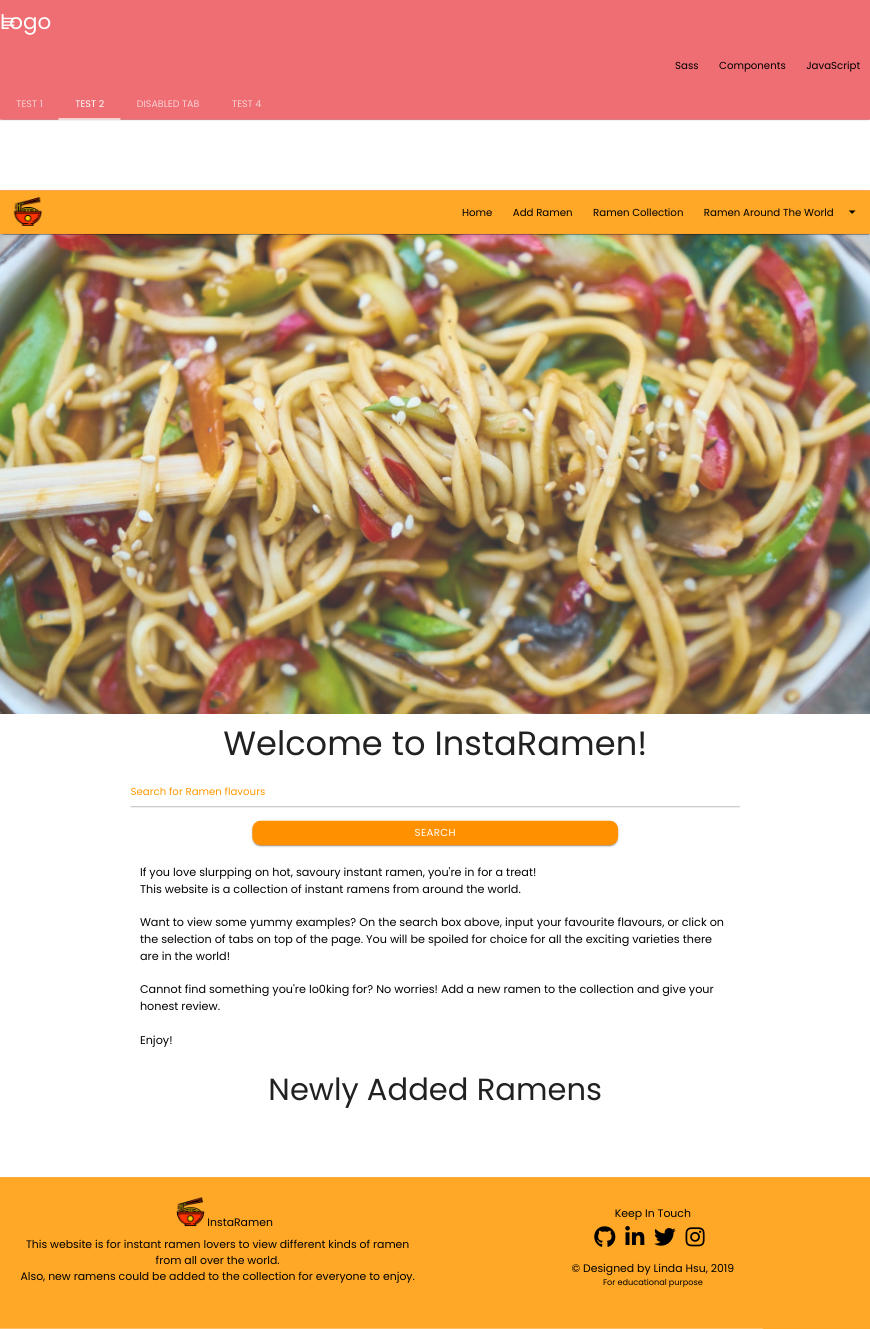
Repository: Paddlepop25/codeinstitute-insta-ramen
Page: http://localhost/
The author's editor kept a record of every edit. The page is drawn from the files as they stood at one moment, then again after the next edit.
The browser window is 1280 px wide. The pictures show the whole page, at 68% of full size.
Some web libraries are served in a nearby version. The page is served by the project's application, run on Flask 3 (app.py). Queries for data that is not in the repository find no rows.

Above is the page before.

### templates/index.html
{% extends 'base.html' %} {% block content %}

<div class="container-fluid">
  <div class="container-fluid">
    <div class="noodle_img_index">
      <img src="/static/images/noodle_index.jpeg" alt="delicious noodle ramen seseme seeds colorful" />
    </div>
  </div>

  <div class="container">
    <div class="row welcome-page">
      <div class="col s12">
        <div class="row">
          <h1>Welcome to InstaRamen!</h1>
        </div>
        <div class="row search-section">
          <form class="col s12" action="{{ url_for('search_ramen') }}">
            <div class="row">
              <div class="input-field col s12">
                <input id="search" name="query" type="text" class="validate" required>
                <label for="search">Search for Ramen flavours</label>
                <div class="search-button">
                  <button class="btn waves-effect waves-light orange accent-3" type="submit" name="action">Search</button>
                </div>
              </div>
            </div>
          </form>
        </div>
      </div>
    </div>
    <div class="row welcome-message">
      <p>If you love slurpping on hot, savoury instant ramen, you're in for a treat!
        <br> This website is a collection of instant ramens from around the world.
        <br>
        <br> Want to view some yummy examples? On the search box above, input your favourite flavours, or click on the selection of tabs on top of the page. You will be spoiled for choice for all the exciting varieties there are in the world!
        <br>
        <br> Cannot find something you're lo0king for? No worries! Add a new ramen to the collection and give your honest review.
        <br>
        <br> Enjoy!
      </p>
    </div>
  </div>

  <div class="container index-page-card">
    <h4>Newly Added Ramens</h4>
    <div class="row">
      {% for three_ramen in latest_three %}
      <div class="col s12 m4 l4">
        <div class="card">
          <div class="card-image">
            <img src="{{url_for('file', filename=three_ramen['imageURL'])}}">
          </div>
          <div class="card-content">
            <p>Brand: {{three_ramen.brand|title}}</p>
            <br>
            <p>Flavour:
              <br> {{three_ramen.flavour|title}}
            </p>
          </div>
          <div class="row">
            <a href="{{url_for('display_ramen', ramen_id=three_ramen._id)}}" class="waves-effect waves-light btn orange">More</a>
          </div>
        </div>
      </div>
      {% endfor %}
    </div>
  </div>
</div>

{% endblock %}

### templates/base.html
<!DOCTYPE html>
<html>

<head>
  <link href="https://fonts.googleapis.com/icon?family=Material+Icons" rel="stylesheet">
  <link rel="stylesheet" href="https://cdnjs.cloudflare.com/ajax/libs/materialize/0.100.2/css/materialize.min.css">
  <link rel="stylesheet" href="https://use.fontawesome.com/releases/v5.8.1/css/all.css" integrity="sha384-50oBUHEmvpQ+1lW4y57PTFmhCaXp0ML5d60M1M7uH2+nqUivzIebhndOJK28anvf" crossorigin="anonymous" />
  <link href="https://fonts.googleapis.com/css?family=Montserrat|Poppins|Roboto&display=swap" rel="stylesheet">
  <link rel="icon" href="{{ url_for('static', filename='images/favicon.ico') }}" type="image/x-icon" />
  <link rel="stylesheet" href="/static/styles/styles.css" type="text/css" />

  <!-- Meta Data -->
  <meta charset="UTF-8">
  <meta name="viewport" content="width=device-width, initial-scale=1, shrink-to-fit=no">
  <meta http-equiv="X-UA-Compatible" content="ie=edge">
  <meta name="description" content="Insta Ramen">
  <meta name="keywords" content="Noodles, Ramen, Instant, Cup, Bowl, Packet">
  <meta name="author" content="Linda Hsu">

  <title>InstaRamen - {{ title }} </title>
</head>

<body>
  <header>


      <nav class="nav-extended">
    <div class="nav-wrapper">
      <a href="#" class="brand-logo">Logo</a>
      <a href="#" data-target="mobile-demo" class="sidenav-trigger"><i class="material-icons">menu</i></a>
      <ul id="nav-mobile" class="right hide-on-med-and-down">
        <li><a href="sass.html">Sass</a></li>
        <li><a href="badges.html">Components</a></li>
        <li><a href="collapsible.html">JavaScript</a></li>
      </ul>
    </div>
    <div class="nav-content">
      <ul class="tabs tabs-transparent">
        <li class="tab"><a href="#test1">Test 1</a></li>
        <li class="tab"><a class="active" href="#test2">Test 2</a></li>
        <li class="tab disabled"><a href="#test3">Disabled Tab</a></li>
        <li class="tab"><a href="#test4">Test 4</a></li>
      </ul>
    </div>
  </nav>

  <ul class="sidenav" id="mobile-demo">
    <li><a href="sass.html">Sass</a></li>
    <li><a href="badges.html">Components</a></li>
    <li><a href="collapsible.html">JavaScript</a></li>
  </ul>



    <div class="navbar-fixed">
    <nav>
      <div class="nav-wrapper orange lighten-1">
        <a href="{{url_for('index')}}" class="brand-logo"><img class="ramen_logo" src="{{ url_for('static', filename='images/noodle_icon.png') }}" alt="Ramen noodles with chopsticks logo"/></a>
      <a href="#" data-activates="mobile-demo" class="button-collapse"><i class="material-icons">menu</i></a>
        <ul class="right hide-on-med-and-down">
          <li><a href="{{url_for('index')}}">Home</a></li>
          <li><a href="{{url_for('add_ramen')}}">Add Ramen</a></li>
          <li><a href="{{url_for('get_ramen')}}">Ramen Collection</a></li>
          <li><a class="dropdown-button" href="#!" data-activates="dropdown1">Ramen Around The World<i class="material-icons right">arrow_drop_down</i></a>
            <ul id="dropdown1" class="dropdown-content">
              <li><a href="{{ url_for('ramen_asia') }}">Asia</a></li>
              <li><a href="{{ url_for('ramen_americas') }}">The Americas</a></li>
              <li><a href="{{ url_for('ramen_europe') }}">Europe</a></li>
              <li><a href="{{ url_for('ramen_rest_world') }}">Rest Of The World</a></li>
            </ul>
          </li>
        </ul>
        <ul class="side-nav" id="mobile-demo">
          <li><a href="{{url_for('index')}}">Home</a></li>
          <li><a href="{{url_for('add_ramen')}}">Add Ramen</a></li>
          <li><a href="{{url_for('get_ramen')}}">Ramen Collection</a></li>
          <li><a href="{{ url_for('ramen_asia') }}">Ramen from Asia</a></li>
          <li><a href="{{ url_for('ramen_americas') }}">Ramen from The Americas</a></li>
          <li><a href="{{ url_for('ramen_europe') }}">Ramen from Europe</a></li>
          <li><a href="{{ url_for('ramen_rest_world') }}">Ramen from Rest Of The World</a></li>
        </ul>
      </div>
    </nav>
    </div>
  </header>

  {% block content %} {% endblock %}
    <div class="container-fluid">
  <footer class="page-footer orange lighten-1">
      <div class="row">
        <div class="col s12 m6 footer-logo">
          <div class="website-info">
            <a href="{{url_for('index')}}" class="brand-logo"><img class="ramen_logo" src="{{ url_for('static', filename='images/noodle_icon.png') }}" alt="Ramen noodles with chopsticks logo"/></a>
            <a href="{{url_for('index')}}">InstaRamen</a>
          </div>
          <p>This website is for instant ramen lovers to view different kinds of ramen from all over the world.
          <br>
          Also, new ramens could be added to the collection for everyone to enjoy.</p>
        </div>

        <div class="col s12 m6 footer-social">
          <p>Keep In Touch</p>
          <span><a href="https://github.com/Paddlepop25" target="_blank"><i class="fab fa-github fa-2x"></i></a></span>
          <span><a href="https://www.linkedin.com/in/lindahsu007/" target="_blank"><i class="fab fa-linkedin-in fa-2x"></i></a></span>
          <span><a href="https://twitter.com/shecodeshsucode" target="_blank"><i class="fab fa-twitter fa-2x"></i></a></span>
          <span><a href="https://www.instagram.com/shecodeshsucodes/" target="_blank"><i class="fab fa-instagram fa-2x"></i></a></span>
          <p class="design">&copy; Designed by Linda Hsu, 2019</p>
          <small>For educational purpose</small>
        </div>
      </div>
  </footer>
    </div>

  <script src="https://cdnjs.cloudflare.com/ajax/libs/jquery/3.2.1/jquery.min.js"></script>
  <script src="https://cdnjs.cloudflare.com/ajax/libs/materialize/0.100.2/js/materialize.min.js"></script>
  <!--<script type="text/javascript" src="./static/scripts/app.js"></script>-->
  <script type="text/javascript">
    $(document).ready(function() {
      $(".button-collapse").sideNav();
      $('select').material_select();
      $(".dropdown-button").dropdown();
    });
  </script>
</body>

</html>

### app.py
import os
from flask import Flask, render_template, redirect, request, url_for
from flask_pymongo import PyMongo, ASCENDING, DESCENDING
from bson.objectid import ObjectId
import re
import math
from werkzeug.utils import secure_filename

app = Flask(__name__)
app.config['UPLOAD_FOLDER'] = '/home/ubuntu/environment/uploads'
app.config['MONGO_DBNAME'] = 'ramen_database'
app.config["MONGO_URI"] = os.environ.get("MONGO_URI")

mongo = PyMongo(app)

@app.route('/')
def index():
    latest_three=mongo.db.ramens.find().sort([("_id", DESCENDING)]).limit(3)
    return render_template('index.html', title="Home", latest_three=latest_three)

@app.route('/display_ramen/<ramen_id>', methods=['GET'])
def display_ramen(ramen_id):
    ramen = mongo.db.ramens.find_one({"_id": ObjectId(ramen_id)})
    return render_template('display_ramen.html', title="Display Ramen", ramen=ramen)

@app.route('/get_ramen')
def get_ramen():
    ramens=mongo.db.ramens.find().sort([("_id", DESCENDING)])
    return render_template('ramen_collection.html', title="Ramen Collection", ramens=ramens)

@app.route('/ramen_asia')
def ramen_asia():
    ramens=mongo.db.ramens.find({'continent': 'Asia'})
    return render_template('ramen_asia.html', title="Ramen from The Asia", ramens=ramens)

@app.route('/ramen_europe')
def ramen_europe():
    ramens=mongo.db.ramens.find({'continent': 'Europe'})
    return render_template('ramen_europe.html', title="Ramen from The Europe", ramens=ramens)

@app.route('/ramen_americas')
def ramen_americas():
    ramens=mongo.db.ramens.find({'continent': 'The Americas'})
    return render_template('ramen_americas.html', title="Ramen from The Americas", ramens=ramens)

@app.route('/ramen_rest_world')
def ramen_rest_world():
    ramens=mongo.db.ramens.find({'continent': 'The Rest'})
    return render_template('ramen_rest_world.html', title="Ramen from the Rest Of The World", ramens=ramens)

# @app.route('/ramen_world')
# def ramen_world():
#     ramens=mongo.db.ramens.find(
#         {'$or':
#             [{'continent': 'Asia'},{'continent': "Europe"},{'continent': "The Americas"},{'continent': "The Rest"}]
#         }
#         )
#     return render_template('ramen_world.html', title="Rest Of The World", ramens=ramens)

@app.route('/search_ramen')
def search_ramen():
    orig_query = request.args['query']
    query = {'$regex': re.compile('.*{}.*'.format(orig_query)), '$options': 'i'}
    print(query)
    results=mongo.db.ramens.find({'flavour': query})

    ramen = []
    for result in results:
        ramen.append(result)

    return render_template('ramen_search.html', title="Search Results", query=orig_query, ramen_search=ramen)

@app.route('/add_ramen')
def add_ramen():
    brands = mongo.db.brands.find().sort([("brand", ASCENDING)])
    countries=mongo.db.countries.find().sort([("country", ASCENDING)])
    return render_template('add_ramen.html', title="Add a Ramen", countries=countries, brands=brands)

@app.route('/insert_ramen', methods=['POST'])
def insert_ramen():
    ramens = mongo.db.ramens
    if "ramen_image" in request.files:
        ramen_image = request.files['ramen_image']
        mongo.save_file(ramen_image.filename, ramen_image)

    new_ramen = {
        'brand': request.form.get('brand'),
        'flavour':request.form.get('flavour'),
        'style': request.form.get('style'),
        'country':request.form.get('country'),
        'continent':request.form.get('continent'),
        'stars':int(request.form.get('stars')),
        'reviews':request.form.get('reviews'),
        'imageURL': ramen_image.filename
    }
    ramens.insert_one(new_ramen)
    return redirect(url_for('get_ramen'))

@app.route('/file/<filename>')
def file(filename):
    return mongo.send_file(filename)

@app.route('/edit_ramen/<ramen_id>', methods=['GET'])
def edit_ramen(ramen_id):
    ramen = mongo.db.ramens.find_one({"_id": ObjectId(ramen_id)})
    brands = mongo.db.brands.find().sort([("brand", ASCENDING)])
    countries = mongo.db.countries.find().sort([("country", ASCENDING)])
    return render_template('edit_ramen.html', title="Edit Ramen", ramen=ramen, brands=brands, countries=countries)

@app.route('/update_ramen/<ramen_id>', methods=["POST"])
def update_ramen(ramen_id):
    ramen = mongo.db.ramens.find_one({"_id": ObjectId(ramen_id)})

    # try code
    brand = request.form.get('brand')
    flavour = request.form.get('flavour')
    style = request.form.get('style')
    country = request.form.get('country')
    stars = int(request.form.get('stars'))
    reviews = request.form.get('reviews')
    # end of try code

    if "ramen_image" in request.files and request.files['ramen_image'].filename != "":
        ramen_image = request.files['ramen_image']
        image_filename = ramen_image.filename
        mongo.save_file(ramen_image.filename, ramen_image)
    else:
        image_filename = ramen['imageURL']

    ramen.update( {'_id': ObjectId(ramen_id)},
    {
        'brand': brand,
        'flavour': flavour,
        'style': style,
        'country': country,
        'stars': int(stars),
        'reviews': reviews,
        'imageURI': image_filename
    })
    return redirect(url_for('get_ramen'))

@app.route('/delete_ramen/<ramen_id>')
def delete_ramen(ramen_id):
    mongo.db.ramens.remove({'_id': ObjectId(ramen_id)})
    return redirect(url_for('get_ramen'))

@app.route('/add_brands')
def add_brands():
    brand = mongo.db.brands.find()
    add_a_brand = mongo.db.ramens.find()
    return render_template('add_brands.html', title="Add a Brand", brand=brand)

@app.route('/insert_brand', methods=['POST'])
def insert_brand():
    brand = mongo.db.brands
    query = request.form.get('brand').lower()
    find_brand = mongo.db.brands.find_one({'brand': query})
    if find_brand is None:
        new_brand = {
            'brand': request.form.get('brand').lower()
        }
        brand.insert_one(new_brand)
    return redirect(url_for('add_ramen'))

@app.errorhandler(404)
def error_404(not_found):
    return render_template('error404.html', title="Error 404")

if __name__ == '__main__':
    app.run(host=os.environ.get('IP'),
            port=int(os.environ.get('PORT')),
            debug=True)

Loaded but not shown: static/styles/styles.css (702 lines, source omitted)

After the next edit:
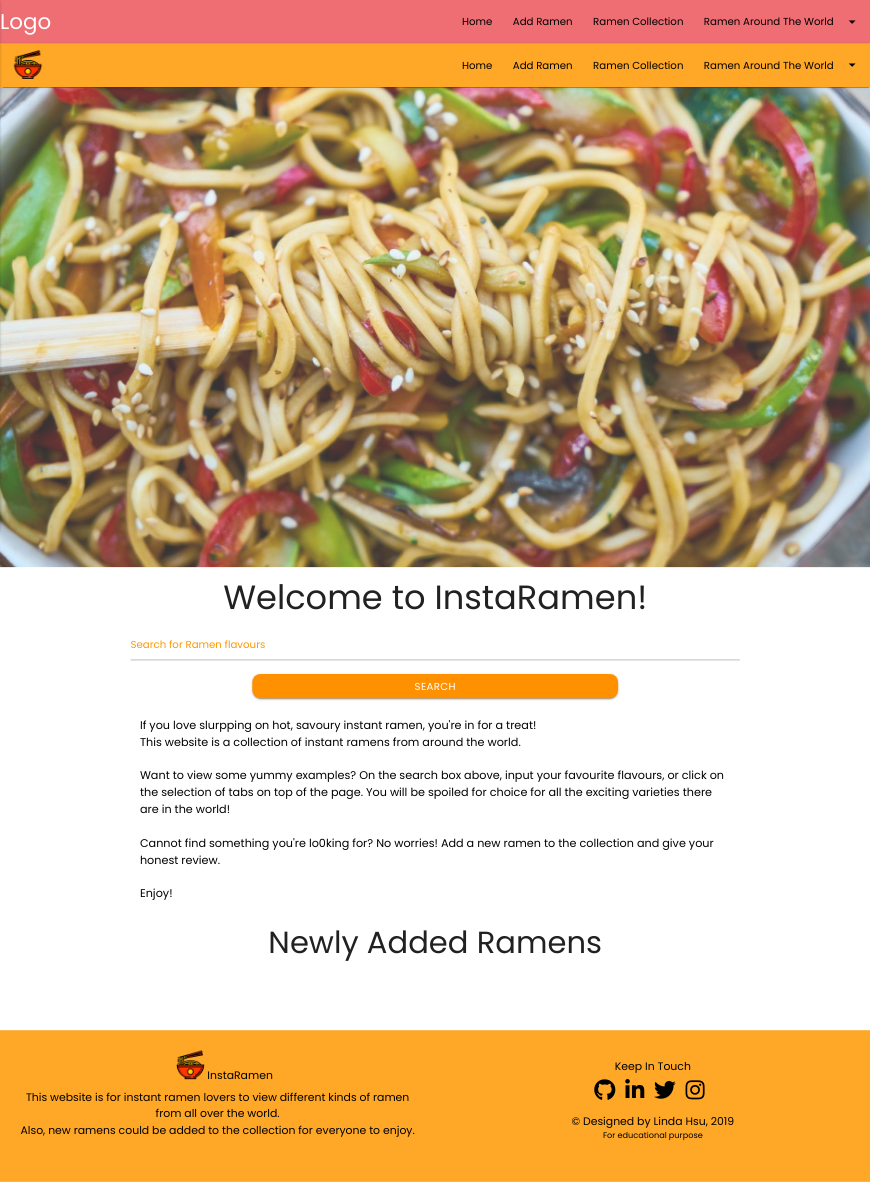
The edit:
--- a/templates/base.html
+++ b/templates/base.html
@@ -23,33 +23,32 @@
 <body>
   <header>
 
-
-      <nav class="nav-extended">
+  <nav>
     <div class="nav-wrapper">
-      <a href="#" class="brand-logo">Logo</a>
-      <a href="#" data-target="mobile-demo" class="sidenav-trigger"><i class="material-icons">menu</i></a>
-      <ul id="nav-mobile" class="right hide-on-med-and-down">
+      <a href="#!" class="brand-logo">Logo</a>
+      <a href="#" data-activates="mobile-demo" class="button-collapse"><i class="material-icons">menu</i></a>
+      <ul class="right hide-on-med-and-down">
+        <li><a href="sass.html">Home</a></li>
+        <li><a href="badges.html">Add Ramen</a></li>
+        <li><a href="collapsible.html">Ramen Collection</a></li>
+        <li><a class="dropdown-button" href="#!" data-activates="dropdown1">Ramen Around The World<i class="material-icons right">arrow_drop_down</i></a>
+            <ul id="dropdown1" class="dropdown-content">
+              <li><a href="{{ url_for('ramen_asia') }}">Asia</a></li>
+              <li><a href="{{ url_for('ramen_americas') }}">The Americas</a></li>
+              <li><a href="{{ url_for('ramen_europe') }}">Europe</a></li>
+              <li><a href="{{ url_for('ramen_rest_world') }}">Rest Of The World</a></li>
+            </ul>
+          </li>
+        </ul>
+      </ul>
+      <ul class="side-nav" id="mobile-demo">
         <li><a href="sass.html">Sass</a></li>
         <li><a href="badges.html">Components</a></li>
-        <li><a href="collapsible.html">JavaScript</a></li>
-      </ul>
-    </div>
-    <div class="nav-content">
-      <ul class="tabs tabs-transparent">
-        <li class="tab"><a href="#test1">Test 1</a></li>
-        <li class="tab"><a class="active" href="#test2">Test 2</a></li>
-        <li class="tab disabled"><a href="#test3">Disabled Tab</a></li>
-        <li class="tab"><a href="#test4">Test 4</a></li>
+        <li><a href="collapsible.html">Javascript</a></li>
+        <li><a href="mobile.html">Mobile</a></li>
       </ul>
     </div>
   </nav>
-
-  <ul class="sidenav" id="mobile-demo">
-    <li><a href="sass.html">Sass</a></li>
-    <li><a href="badges.html">Components</a></li>
-    <li><a href="collapsible.html">JavaScript</a></li>
-  </ul>
-
 
 
     <div class="navbar-fixed">
